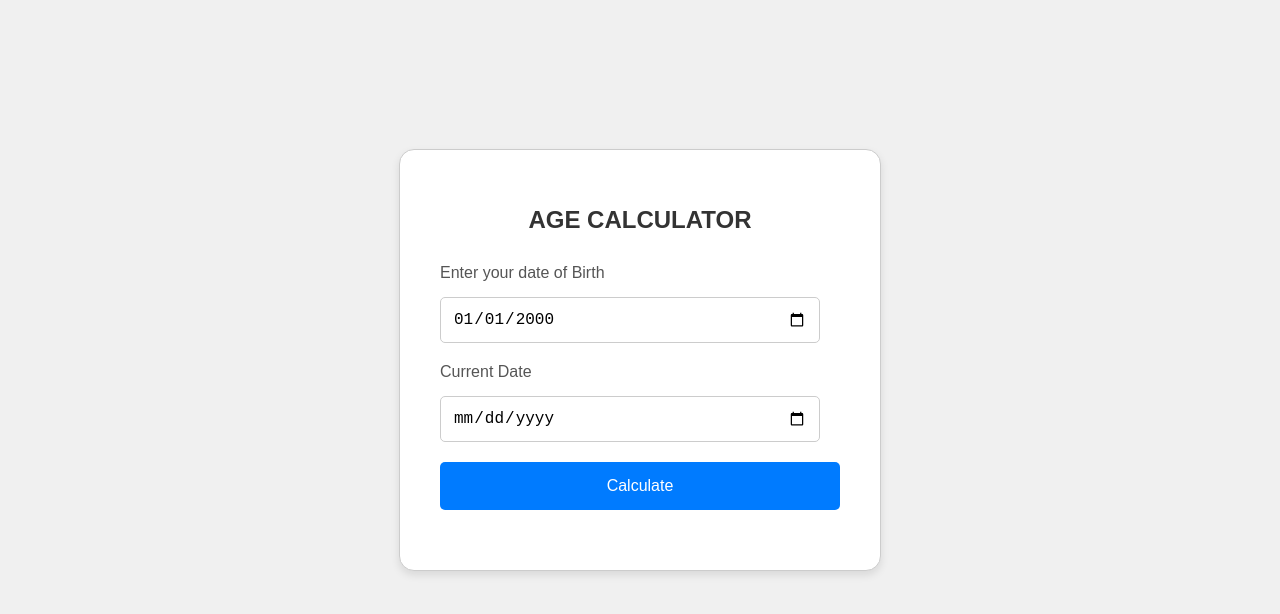
Repository: Femi007-gh/Calculator
Page: index.html
These files come from the project's save history. The page is drawn as it stood at one moment and after the next save; the edit follows.
The browser window is 1280 px wide. The pictures show the whole page.

Above is the page before, as saved 2025-03-27 20:30:20.

After the next save:
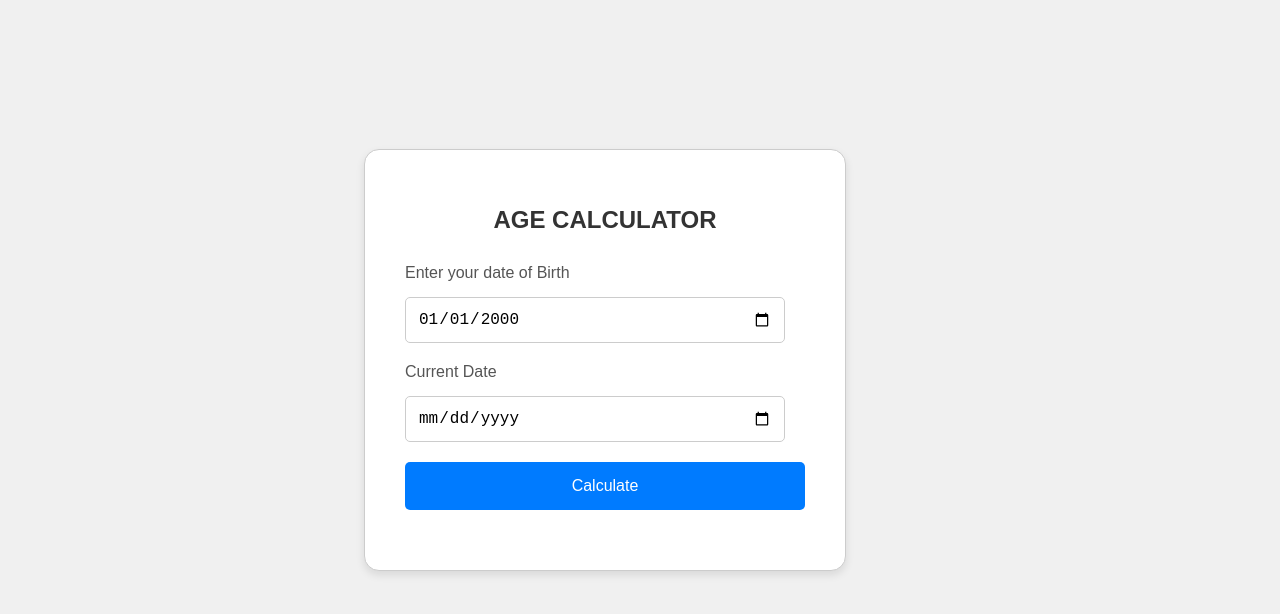
Saved 6 s later.
--- a/style.css
+++ b/style.css
@@ -63,5 +63,5 @@ button:hover {
   font-weight: bold;
   color: #333;
   margin-top: 360px;
-  margin-right:
+  margin-right: 70px;
 }
